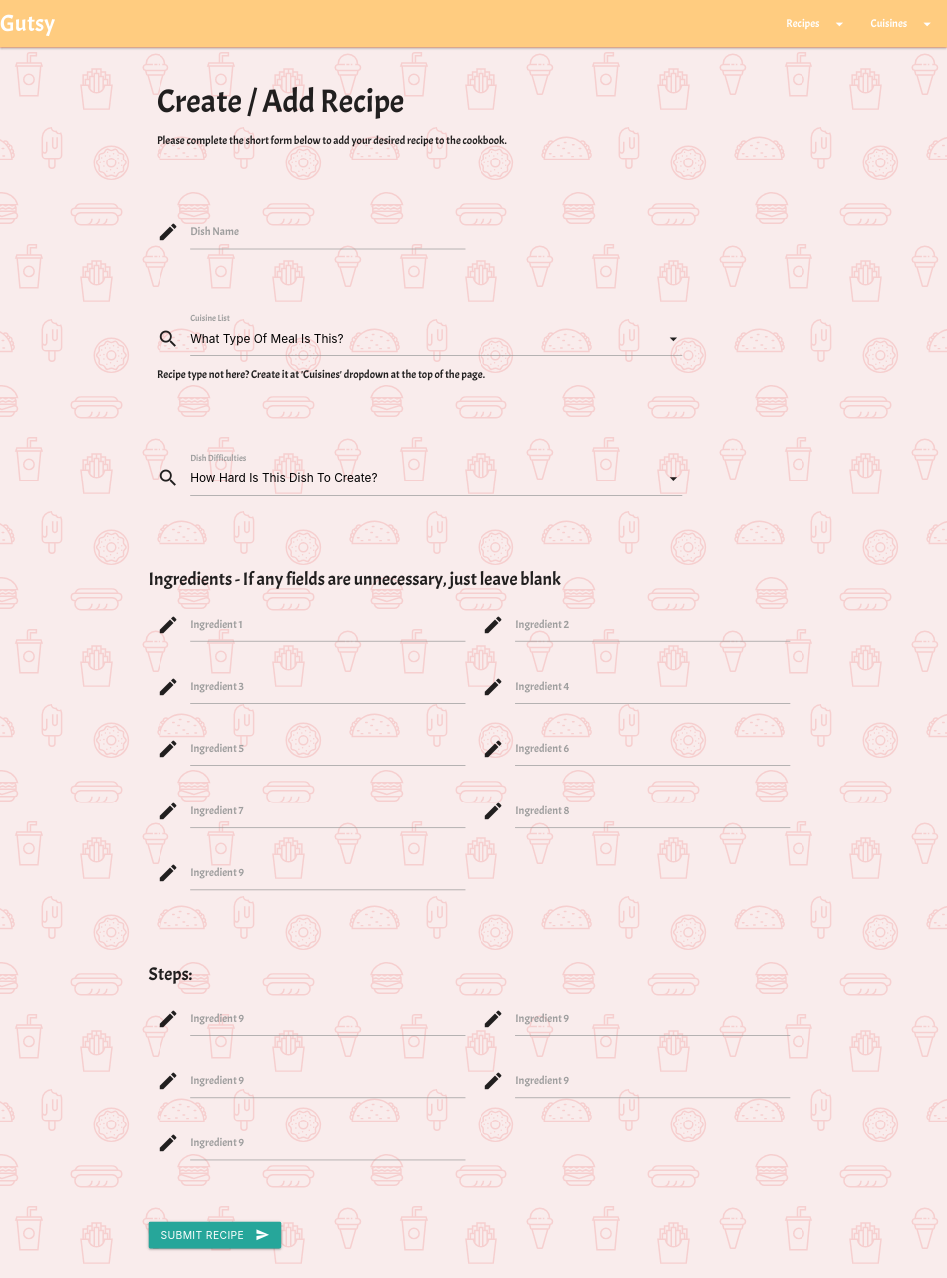
Repository: connor-blackburn/gutsy
Page: http://localhost/create_recipe
The author's editor kept a record of every edit. The page is drawn from the files as they stood at one moment, then again after the next edit.
The browser window is 1280 px wide. The pictures show the whole page, at 74% of full size.
The page is served by the project's application, run on Flask 3 (app.py). Queries for data that is not in the repository find no rows.

Above is the page before.

After the next edit:
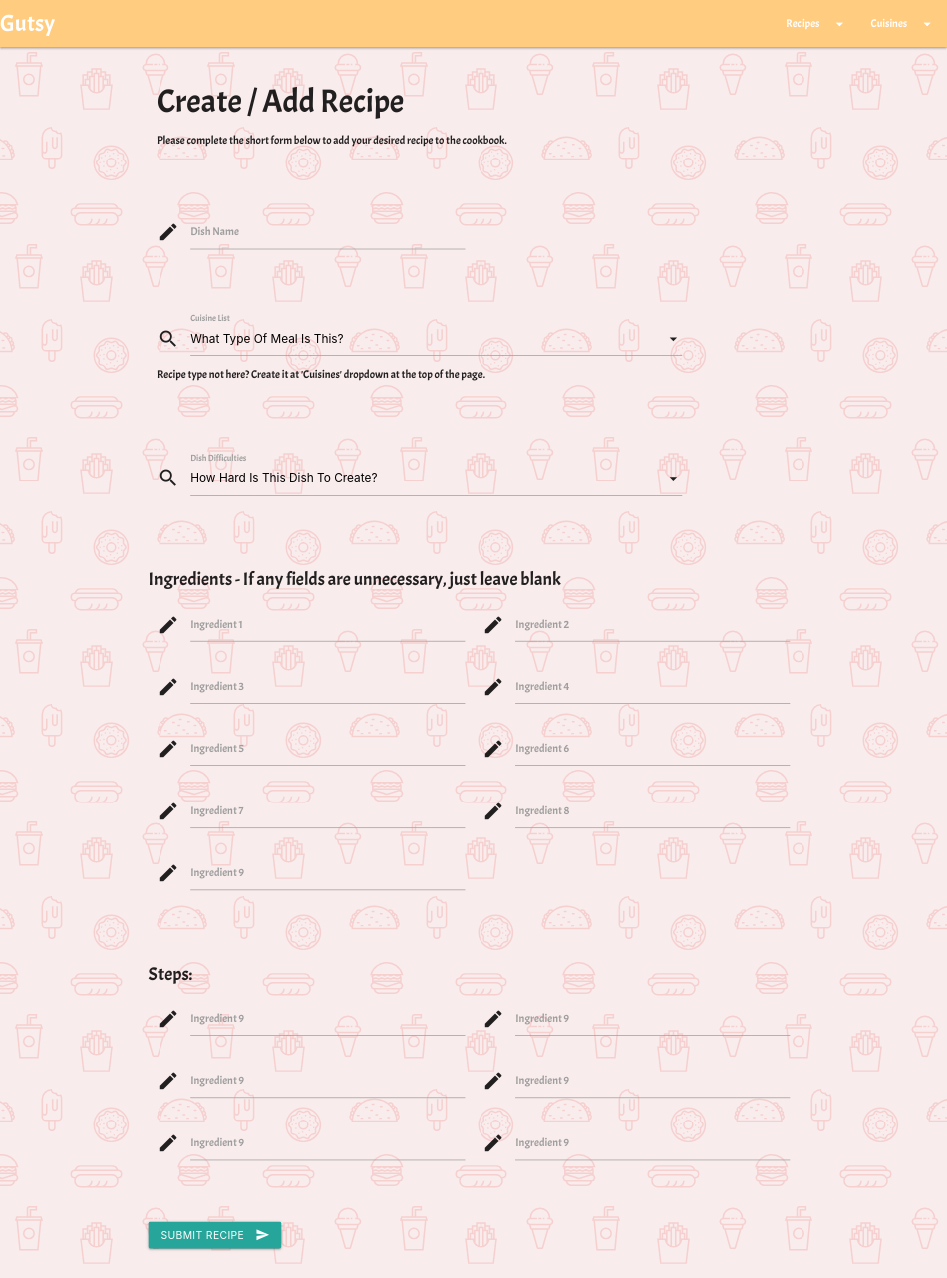
The edit:
--- a/templates/create_recipe.html
+++ b/templates/create_recipe.html
@@ -95,34 +95,39 @@
         </div>
     </div>
 
-<div class="row">
-    <h5>Steps: </h5>
-            <div class="input-field col s6">
+    <div class="row">
+        <h5>Steps: </h5>
+        <div class="input-field col s6">
             <i class="material-icons prefix">create</i>
             <input id="icon_prefix" id="recipes" name="step_1" type="text" class="validate">
             <label for="icon_prefix">Ingredient 9</label>
         </div>
-                <div class="input-field col s6">
+        <div class="input-field col s6">
             <i class="material-icons prefix">create</i>
             <input id="icon_prefix" id="recipes" name="step_2" type="text" class="validate">
             <label for="icon_prefix">Ingredient 9</label>
         </div>
-                <div class="input-field col s6">
+        <div class="input-field col s6">
             <i class="material-icons prefix">create</i>
             <input id="icon_prefix" id="recipes" name="step_3" type="text" class="validate">
             <label for="icon_prefix">Ingredient 9</label>
         </div>
-                <div class="input-field col s6">
+        <div class="input-field col s6">
             <i class="material-icons prefix">create</i>
             <input id="icon_prefix" id="recipes" name="step_4" type="text" class="validate">
             <label for="icon_prefix">Ingredient 9</label>
         </div>
-                <div class="input-field col s6">
+        <div class="input-field col s6">
             <i class="material-icons prefix">create</i>
             <input id="icon_prefix" id="recipes" name="step_5" type="text" class="validate">
             <label for="icon_prefix">Ingredient 9</label>
         </div>
-</div>
+        <div class="input-field col s6">
+            <i class="material-icons prefix">create</i>
+            <input id="icon_prefix" id="recipes" name="step_6" type="text" class="validate">
+            <label for="icon_prefix">Ingredient 9</label>
+        </div>
+    </div>
 
     <div class="row">
         <button class="btn waves-effect waves-light" type="submit" name="action">Submit Recipe
